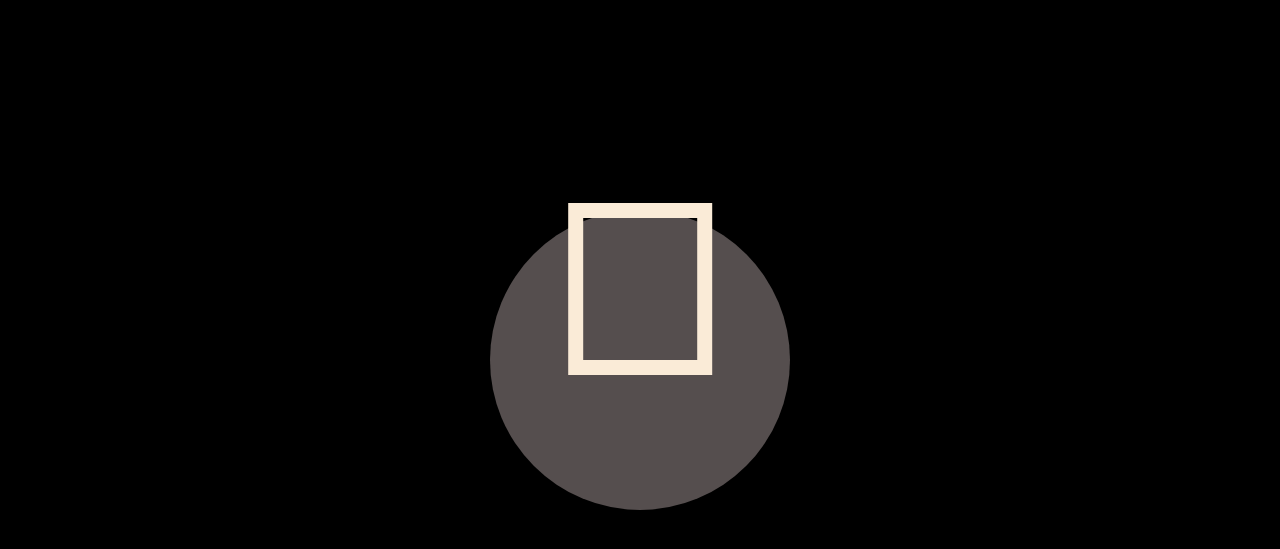
Repository: zjria/Colorful-Glowing-Liquid-Bowl-Animation-Effects
Page: index.html
These files come from the project's save history. The page is drawn as it stood at one moment and after the next save; the edit follows.
The browser window is 1280 px wide. The pictures show the whole page.

Above is the page before, as saved 2022-04-15 17:41:47.

After the next save:
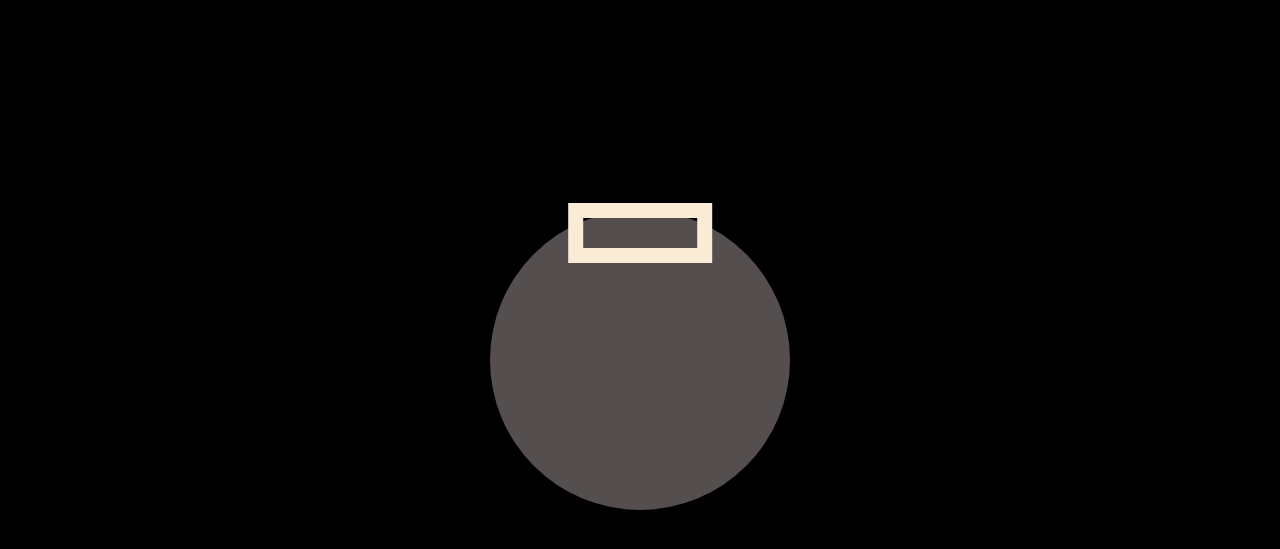
Saved 17 s later.
--- a/style.css
+++ b/style.css
@@ -25,6 +25,6 @@
     left: 50%;
     transform: translate(-50%);
     width: 40%;
-    height: 50%;
+    height: 30px;
     border: 15px solid antiquewhite;
 }
